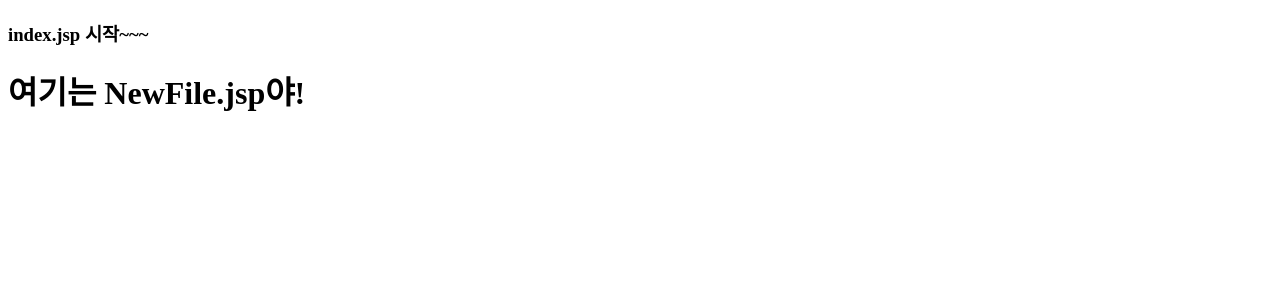
Repository: Choi-yongho72/bitcamp_jsp
Page: http://localhost/JSPtag/
These files come from the project's save history. The page is drawn as it stood at one moment and after the next save; the edit follows.
The browser window is 1280 px wide. The pictures show the whole page.
The page is served by Tomcat 9.

Above is the page before, as saved 2020-01-23 03:50:53.

After the next save:
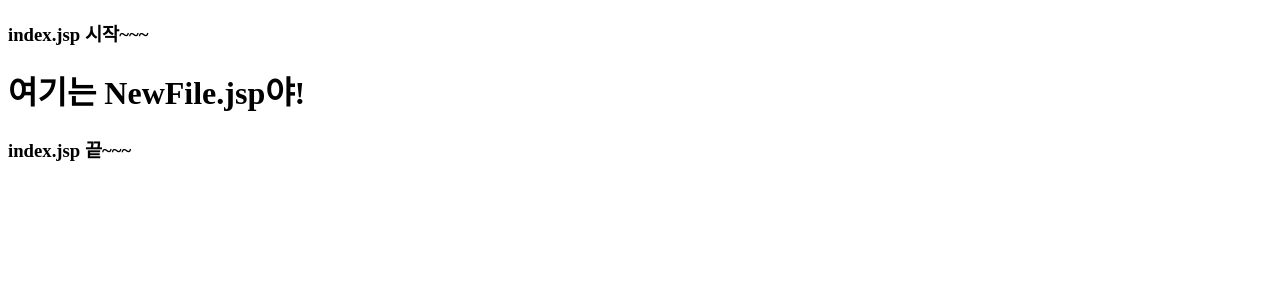
Saved 35 s later.
--- a/JSPtag/WebContent/index.jsp
+++ b/JSPtag/WebContent/index.jsp
@@ -16,7 +16,7 @@
 
 <jsp:include page="NewFile.jsp" flush="false"></jsp:include>
 
-
+<h3>index.jsp 끝~~~</h3>
 
 
 
